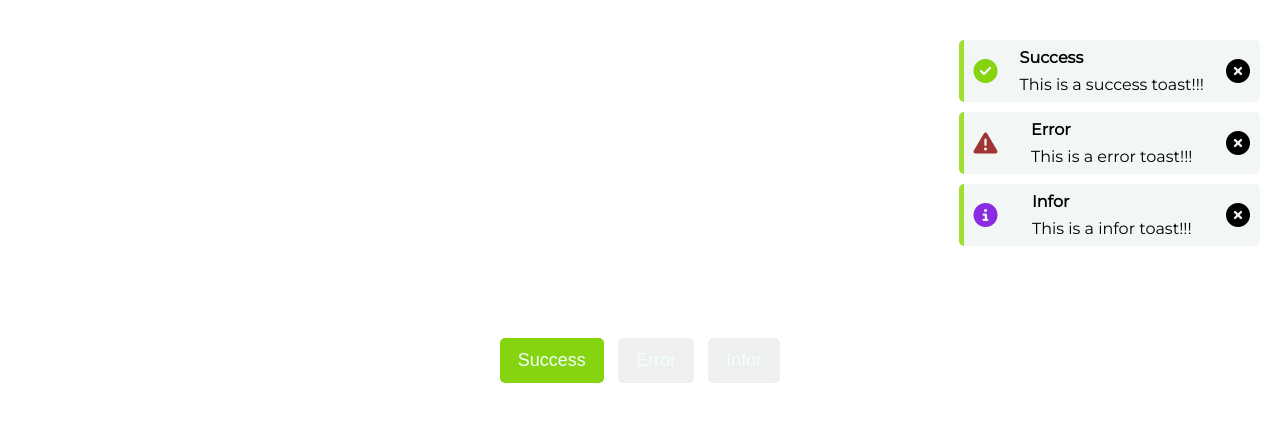
Repository: thuynguyen0964/Toast-Cooler
Page: index.html
An editor plug-in stored every save of this project. The page is shown before and after the next save, followed by the edit.
The browser window is 1280 px wide. The pictures show the whole page.

Above is the page before, as saved 2023-01-26 20:37:55.

### index.html
<!DOCTYPE html>
<html lang="en">
  <head>
    <meta charset="UTF-8" />
    <meta http-equiv="X-UA-Compatible" content="IE=edge" />
    <meta name="viewport" content="width=device-width, initial-scale=1.0" />
    <title>Toast Mess Cooler</title>
    <link
      href="https://fonts.googleapis.com/css2?family=Montserrat:wght@300;400&display=swap"
      rel="stylesheet"
    />
    <link
      rel="stylesheet"
      href="https://cdnjs.cloudflare.com/ajax/libs/font-awesome/6.2.1/css/all.min.css"
    />
    <link rel="stylesheet" href="./app/style.css" />
  </head>
  <body>
    <ul class="container">
      <li class="toast success">
        <div class="icon">
          <i class="fa-solid fa-circle-check"></i>
        </div>
        <div class="toast__text">
          <h4 class="toast__title">Success</h4>
          <p class="toast__desc">This is a success toast!!!</p>
        </div>
        <div class="icon__close">
          <i class="fa-solid fa-circle-xmark"></i>
        </div>
      </li>
      <li class="toast error">
        <div class="icon">
            <i class="fa-solid fa-triangle-exclamation"></i>
        </div>
        <div class="toast__text">
          <h4 class="toast__title">Error</h4>
          <p class="toast__desc">This is a error toast!!!</p>
        </div>
        <div class="icon__close">
         <i class="fa-solid fa-circle-xmark"></i>
        </div>
      </li>
      <li class="toast infor">
        <div class="icon">
            <i class="fa-solid fa-circle-info"></i>
        </div>
        <div class="toast__text">
          <h4 class="toast__title">Infor</h4>
          <p class="toast__desc">This is a infor toast!!!</p>
        </div>
        <div class="icon__close">
          <i class="fa-solid fa-circle-xmark"></i>
        </div>
      </li>
    </ul>

    <div class="button__set">
        <button class="btn" id="success">Success</button>
        <button class="btn" id="error">Error</button>
        <button class="btn" id="infor">Infor</button>
    </div>
  </body>
</html>

### app/style.css
*{
    margin: 0;
    padding: 0;
    box-sizing: border-box;
}
body{
    font-family: "Montserrat", sans-serif;
    display: flex;
    align-items: center;
    justify-content: center;
    min-height: 100vh;
}
.container{
    position: fixed;
    top: 30px;
    right: 20px;
}
.toast{
    width: 350x;
    list-style: none;
    border-left: 5px solid #9de031;
    border-radius: 5px;
    display: flex;
    align-items: center;
    justify-content: space-between;
    background-color: #e1ebe671;
    margin: 10px 0;
}
.toast__text{
    padding: 0 12px;
}
.toast__desc,
.toast__title{
    margin: 8px 0;
}
.icon__close,
.icon{
    padding:0 10px;
    font-size: 24px;
}
.icon__close{
    cursor: pointer;
}

.success .icon{
    color:#86d410 ;
}
.error .icon{
    color: #a03333;
}
.infor .icon{
    color: blueviolet;
}

.btn{
    font-size: 18px;
    color: azure;
    border: unset;
    outline: none;
    padding: 12px 18px;
    margin: 0 5px;
    border-radius: 5px;
}
.btn#success{
    background-color: #86d410;
}

After the next save:
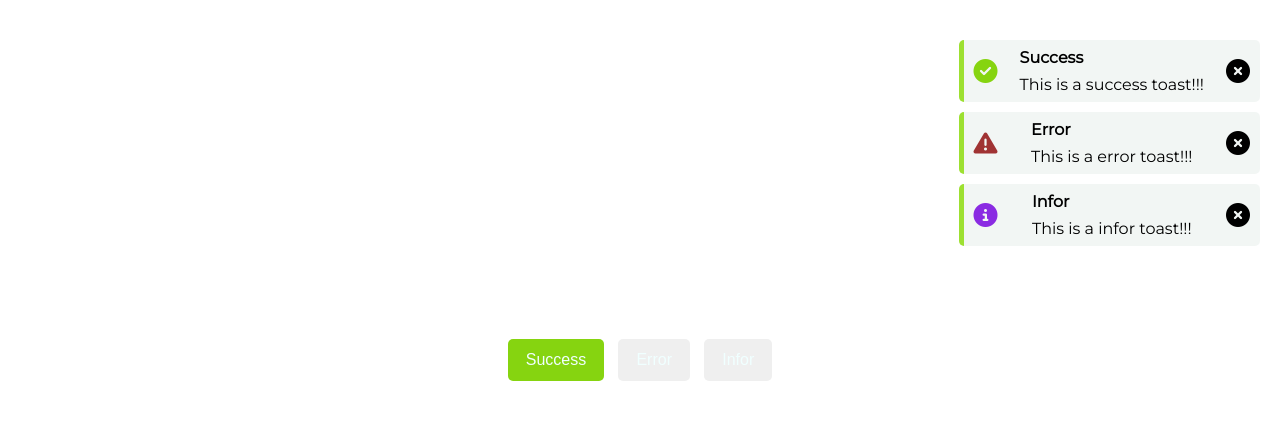
Saved 5 s later.
--- a/app/style.css
+++ b/app/style.css
@@ -53,7 +53,7 @@ body{
 }
 
 .btn{
-    font-size: 18px;
+    font-size: 16px;
     color: azure;
     border: unset;
     outline: none;
